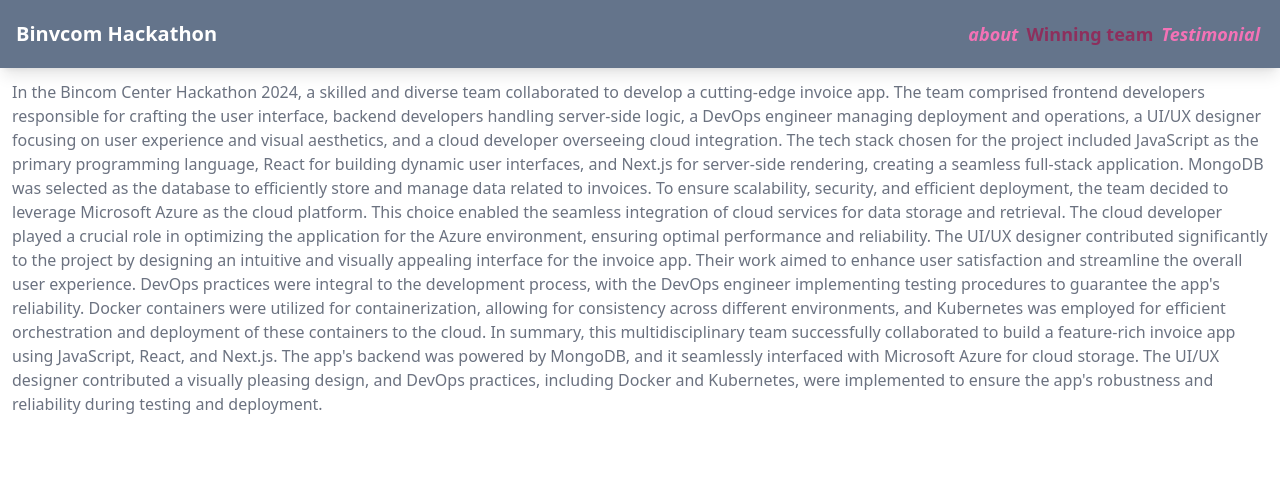
Repository: Semanmernstack/Bincom
Page: /winner
These files come from the project's save history. The page is drawn as it stood at one moment and after the next save; the edit follows.
The browser window is 1280 px wide. The pictures show the whole page.
The project was rebuilt for these pictures with package versions that can differ from the ones it lists, and the page was loaded fresh each time. The framework's server and built-in components were replaced by stand-ins that run in the browser. Also part of the build but not shown: next.config.mjs.

Above is the page before, as saved 2024-01-25 23:16:34.

### app/layout.tsx
import type { Metadata } from "next";
import { Inter } from "next/font/google";
import "./globals.css";
import Nav from "./components/Nav";

const inter = Inter({ subsets: ["latin"] });

export const metadata: Metadata = {
  title: "Create Next App",
  description: "Generated by create next app",
};

export default function RootLayout({
  children,
}: Readonly<{
  children: React.ReactNode;
}>) {
  return (
    <html lang="en">
      <body className=" ">
        <Nav/>
        {children}
      </body>
    </html>
  );
}

### app/winner/page.tsx
import React from 'react'

function page() {
  return (
    <div className='p-3 text-gray-500'>
        <h2>
                In the Bincom Center Hackathon 2024, a skilled and diverse team collaborated to develop a cutting-edge invoice app. The team comprised frontend developers responsible for crafting the user interface, backend developers handling server-side logic, a DevOps engineer managing deployment and operations, a UI/UX designer focusing on user experience and visual aesthetics, and a cloud developer overseeing cloud integration.

            The tech stack chosen for the project included JavaScript as the primary programming language, React for building dynamic user interfaces, and Next.js for server-side rendering, creating a seamless full-stack application. MongoDB was selected as the database to efficiently store and manage data related to invoices.

            To ensure scalability, security, and efficient deployment, the team decided to leverage Microsoft Azure as the cloud platform. This choice enabled the seamless integration of cloud services for data storage and retrieval. The cloud developer played a crucial role in optimizing the application for the Azure environment, ensuring optimal performance and reliability.

            The UI/UX designer contributed significantly to the project by designing an intuitive and visually appealing interface for the invoice app. Their work aimed to enhance user satisfaction and streamline the overall user experience.

            DevOps practices were integral to the development process, with the DevOps engineer implementing testing procedures to guarantee the app's reliability. Docker containers were utilized for containerization, allowing for consistency across different environments, and Kubernetes was employed for efficient orchestration and deployment of these containers to the cloud.

            In summary, this multidisciplinary team successfully collaborated to build a feature-rich invoice app using JavaScript, React, and Next.js. The app's backend was powered by MongoDB, and it seamlessly interfaced with Microsoft Azure for cloud storage. The UI/UX designer contributed a visually pleasing design, and DevOps practices, including Docker and Kubernetes, were implemented to ensure the app's robustness and reliability during testing and deployment.
        </h2>
    </div>
  )
}

export default page

### app/components/Nav.tsx
"use client"
import Link from 'next/link'
import { usePathname } from 'next/navigation'
import React from 'react'
const Linkk = [
    {
        href: "/about",
        title: "about"
    },
    {
        href: "/winner",
        title: "Winning team"
    },
    {
        href: "/testimony",
        title: "Testimonial",
    },
]

function Nav() {
    const pathname = usePathname()
  return (
    <div className=' flex items-center justify-between   bg-slate-500 p-4 shadow-lg'>
        <div>
            <h1 className='text-xl text-white font-extrabold'> Binvcom Hackathon  </h1>
        </div>
        <div className='flex items-center justify-center gap-1 text-red-300 '>
            {Linkk.map((d, i) => (
            <div className='' key={i}>
                {pathname === d.href ? (
                <Link href={d.href} className=' flex  text-xs sm:text-lg text-pink-800 font-bold animate-pulse'>
                    {d.title}
                </Link>


                ):(
                    <Link href= {d.href }
                    className="flex items-center justify-center p-1   gap-3 italic sm:font-semibold hover:border rounded-lg text-pink-400   dark:text-white text-xs sm:text-lg font-semibold transition duration-100  "
                    >
                        {d.title}
                    </Link>

                )}
            </div>

        ))}

        </div>





</div>
  )
}

export default Nav

Loaded but not shown: app/globals.css (common file); tailwind.config.ts (common file)

After the next save:
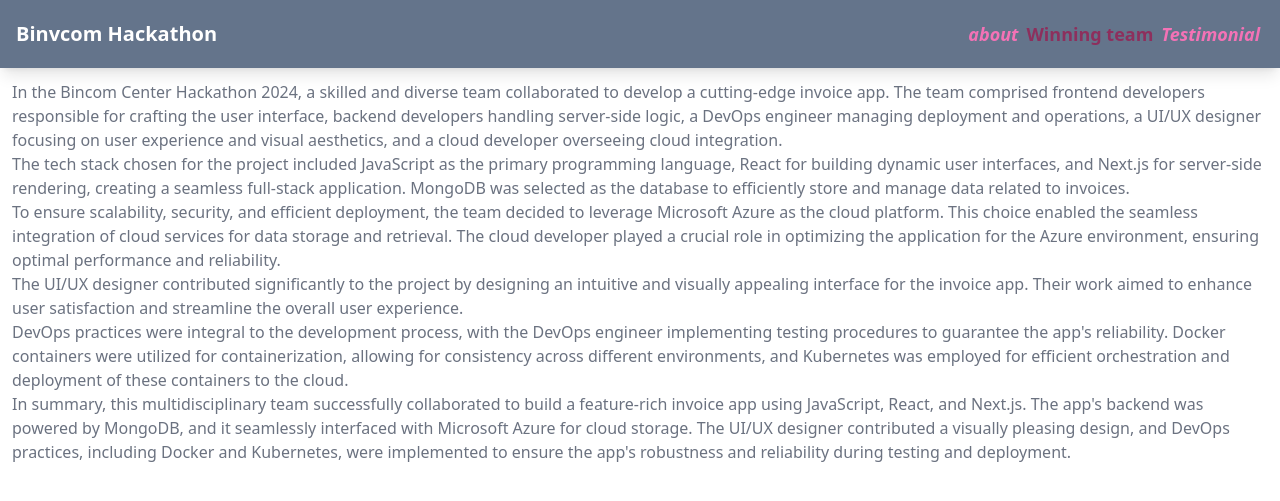
Saved 5 min 25 s later.
--- a/app/winner/page.tsx
+++ b/app/winner/page.tsx
@@ -2,18 +2,24 @@ import React from 'react'
 
 function page() {
   return (
-    <div className='p-3 text-gray-500'>
+    <div className='p-3 text-gray-500 gap-4'>
         <h2>
-                In the Bincom Center Hackathon 2024, a skilled and diverse team collaborated to develop a cutting-edge invoice app. The team comprised frontend developers responsible for crafting the user interface, backend developers handling server-side logic, a DevOps engineer managing deployment and operations, a UI/UX designer focusing on user experience and visual aesthetics, and a cloud developer overseeing cloud integration.
+            In the Bincom Center Hackathon 2024, a skilled and diverse team collaborated to develop a cutting-edge invoice app. The team comprised frontend developers responsible for crafting the user interface, backend developers handling server-side logic, a DevOps engineer managing deployment and operations, a UI/UX designer focusing on user experience and visual aesthetics, and a cloud developer overseeing cloud integration.
+        </h2>
+        <h2>
 
             The tech stack chosen for the project included JavaScript as the primary programming language, React for building dynamic user interfaces, and Next.js for server-side rendering, creating a seamless full-stack application. MongoDB was selected as the database to efficiently store and manage data related to invoices.
-
+        </h2>
+        <h2>
             To ensure scalability, security, and efficient deployment, the team decided to leverage Microsoft Azure as the cloud platform. This choice enabled the seamless integration of cloud services for data storage and retrieval. The cloud developer played a crucial role in optimizing the application for the Azure environment, ensuring optimal performance and reliability.
-
+        </h2>
+        <h2>
             The UI/UX designer contributed significantly to the project by designing an intuitive and visually appealing interface for the invoice app. Their work aimed to enhance user satisfaction and streamline the overall user experience.
-
+        </h2>
+        <h2>
             DevOps practices were integral to the development process, with the DevOps engineer implementing testing procedures to guarantee the app's reliability. Docker containers were utilized for containerization, allowing for consistency across different environments, and Kubernetes was employed for efficient orchestration and deployment of these containers to the cloud.
-
+        </h2>
+        <h2>
             In summary, this multidisciplinary team successfully collaborated to build a feature-rich invoice app using JavaScript, React, and Next.js. The app's backend was powered by MongoDB, and it seamlessly interfaced with Microsoft Azure for cloud storage. The UI/UX designer contributed a visually pleasing design, and DevOps practices, including Docker and Kubernetes, were implemented to ensure the app's robustness and reliability during testing and deployment.
         </h2>
     </div>
